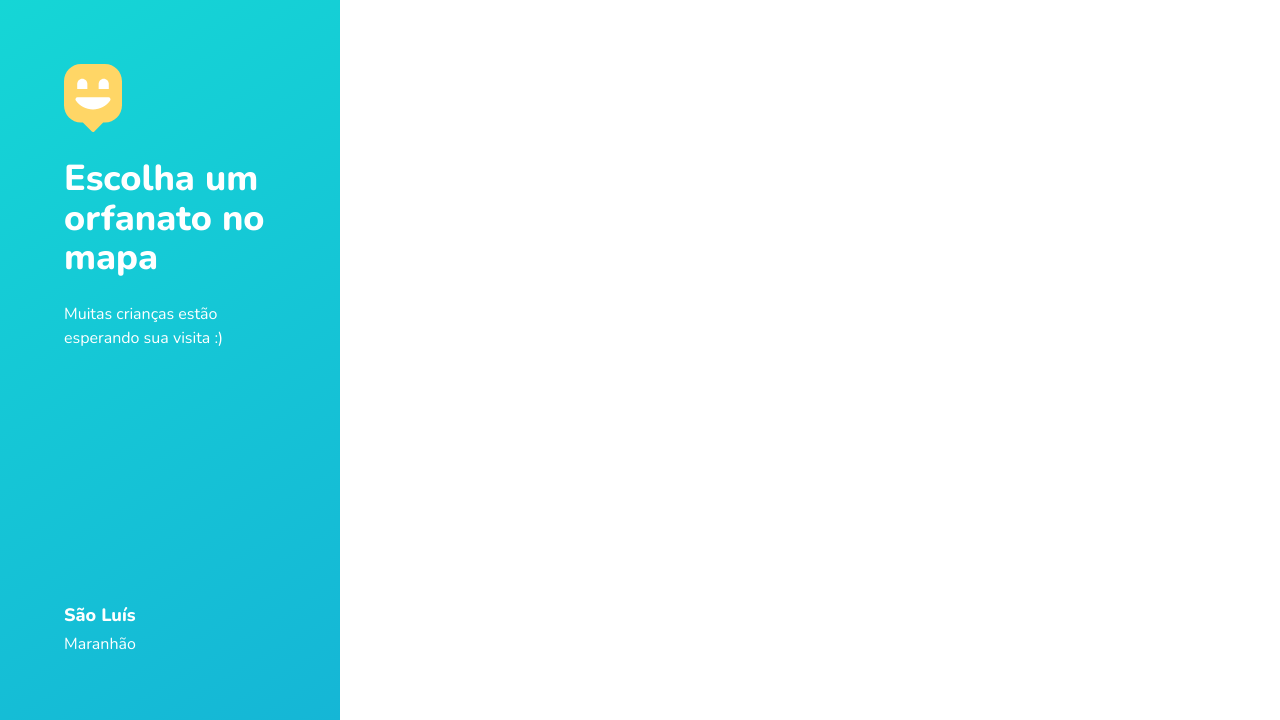
Repository: SrtaPoe/nlw
Page: orphanages.html
An editor plug-in stored every save of this project. The page is shown before and after the next save, followed by the edit.
The browser window is 1280 px wide. The pictures show the whole page.

Above is the page before, as saved 2020-10-15 13:58:03.

After the next save:
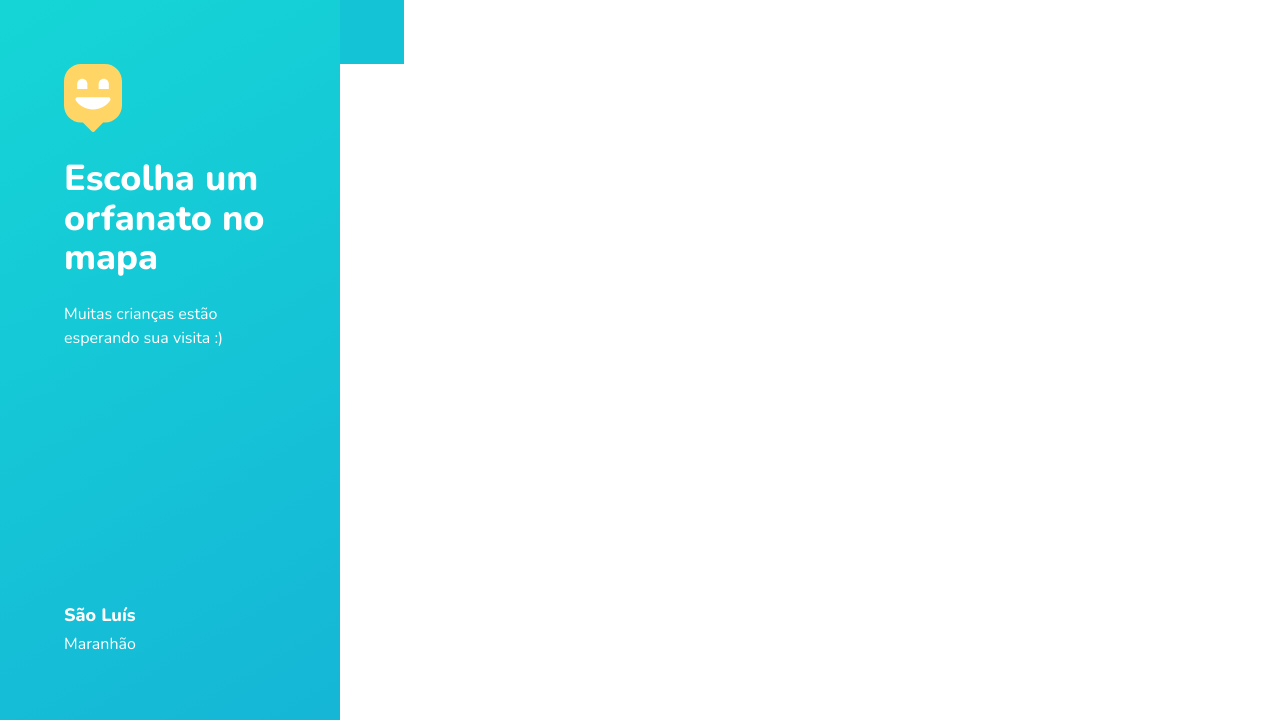
Saved 75 s later.
--- a/public/css/page-orphanages.css
+++ b/public/css/page-orphanages.css
@@ -28,3 +28,10 @@
 }
 
 /*mapa botão */
+
+a.create-orphanage {
+    position:absolute;
+    width: 6.4rem;
+    height: 6.4rem;
+    background: #15C3D6
+}
